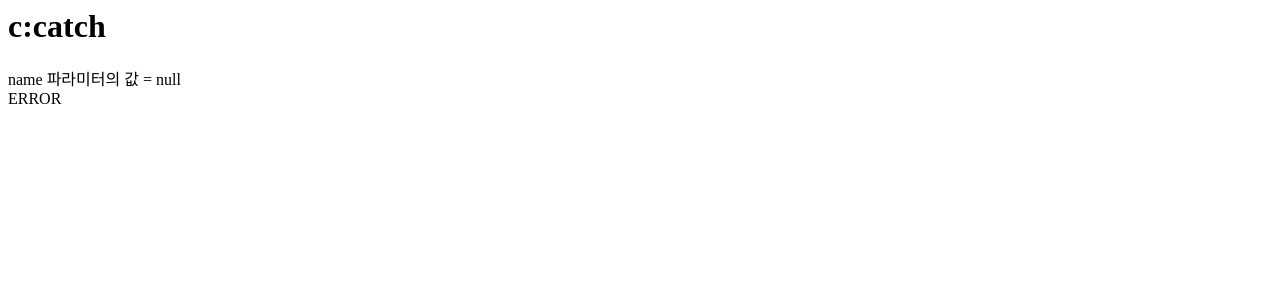
Repository: yeobleeme/06_jsp_basic
Page: http://localhost/jsp01_basic/jsp11_jstl/jsp08_catch.jsp
These files come from the project's save history. The page is drawn as it stood at one moment and after the next save; the edit follows.
The browser window is 1280 px wide. The pictures show the whole page.
The page is served by Tomcat 9. Other server files are loaded and not shown.

Above is the page before, as saved 2023-05-15 04:11:23.

### jsp01_basic/WebContent/jsp11_jstl/jsp08_catch.jsp
<%@page language="java" contentType="text/html; charset=UTF-8" pageEncoding="UTF-8"%>
<%@taglib prefix="c" uri="http://java.sun.com/jsp/jstl/core"%>

<!--
	c:catch var="exName" 의 형태로 exception이 발생하면 해당 exception객체를 exName에
	저장하는 태그이다. 그 이후에 exName객체가 있을 경우에는 exception처리를 할 수 있다.
-->

<h1>c:catch</h1>

<c:catch var="e">
	name 파라미터의 값 = <%= request.getParameter("name") %> <br />
	<%
		if(request.getParameter("name").equals("hong")) {
	%>
			${ param.name } 회원의 이름은 홍길동입니다.
	<%
		}
	%>

</c:catch>

<c:if test="${ e != null }">
	ERROR
</c:if>

After the next save:
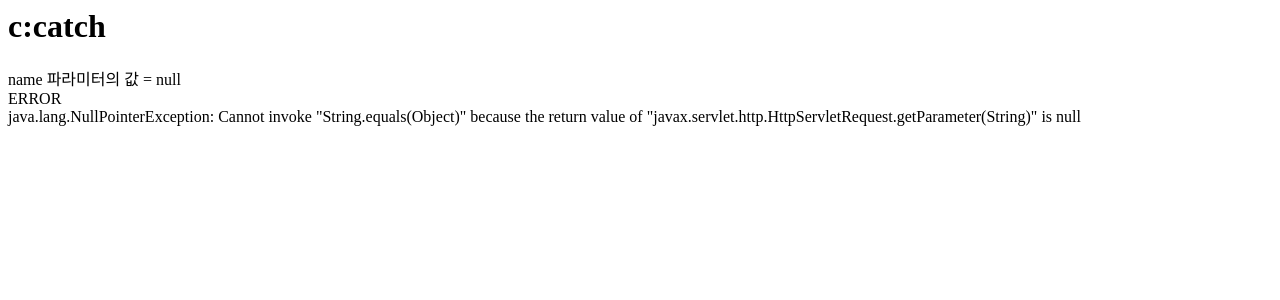
Saved 10 s later.
--- a/jsp01_basic/WebContent/jsp11_jstl/jsp08_catch.jsp
+++ b/jsp01_basic/WebContent/jsp11_jstl/jsp08_catch.jsp
@@ -21,5 +21,6 @@
 </c:catch>
 
 <c:if test="${ e != null }">
-	ERROR
+	ERROR <br />
+	${ e }
 </c:if>
